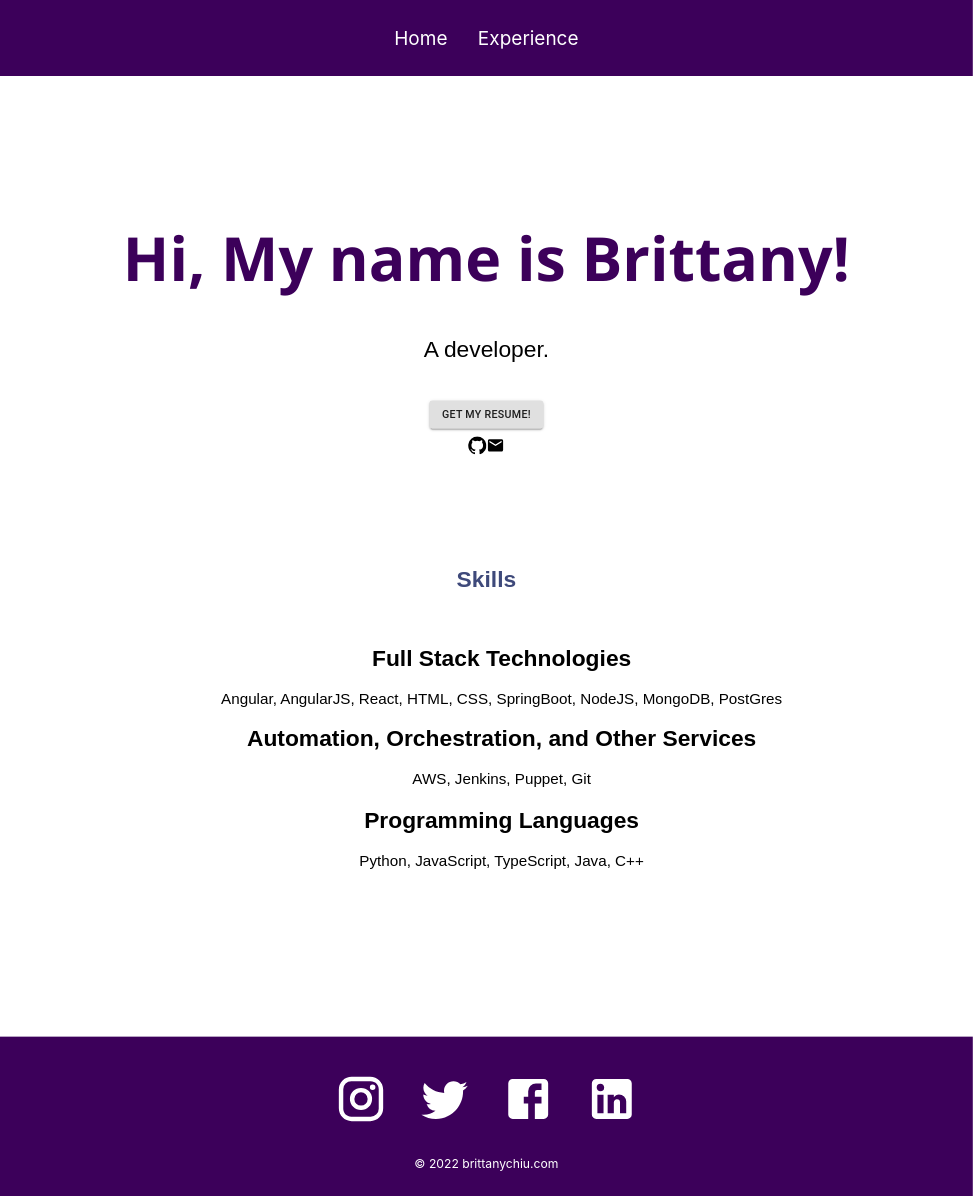
Repository: chiubacca94/chiufolio
Page: /
These files come from the project's save history. The page is drawn as it stood at one moment and after the next save; the edit follows.
The browser window is 1280 px wide. The pictures show the whole page, at 76% of full size.
The project was rebuilt for these pictures with package versions that can differ from the ones it lists, and the page was loaded fresh each time. Also part of the build but not shown: src/components/Projects/Projects.js, src/components/Experiences/Experiences.css, src/components/Experiences/Experiences.js.

Above is the page before, as saved 2022-07-04 21:12:11.

### src/App.js
import './App.css';
import { BrowserRouter as Router, Routes, Route } from 'react-router-dom';
import Navbar from './components/NavBar/Navbar';
import Home from './components/Home/Home';
import Projects from './components/Projects/Projects';
import Experiences from './components/Experiences/Experiences';
import Footer from './components/Footer/Footer';

function App() {
  return (
    <div className="App">
      <Router>
        <Navbar />
        <Routes>
          <Route path="/" element={ <Home /> }></Route>
          <Route path="/projects" element={ <Projects /> }></Route>
          <Route path="/experiences" element={ <Experiences /> }></Route>
        </Routes>
        <Footer />
      </Router>
    </div>
  );
}

export default App;

### src/App.css
.App {
  text-align: center;
}

body {
  margin: 0px;
  padding: 0px;
}

### src/components/NavBar/Navbar.js
import React, {useEffect, useState} from "react";
import { Link, useLocation } from "react-router-dom";
import ReorderIcon from '@material-ui/icons/Reorder';
import "./Navbar.css"

function Navbar() {
    // NavBr States
    const [ expandNavbar, setExpandNavbar ] = useState(false)
    const location = useLocation();

    // use when location changes and set navbar to false
    useEffect(() => {
        setExpandNavbar(false);
    }, [location])

    return (
        // id will change based on state
        <div className="navbar" id={expandNavbar ? "open" : "close"}>
            <div className="toggleButton">
                <button onClick={() => { setExpandNavbar((prev) => !prev) }}>
                    <ReorderIcon></ReorderIcon>
                </button>
            </div>
            <div className="links">
                <Link to="/"> Home </Link>
                {/* <Link to="/projects"> Projects </Link>  */}
                <Link to="/experiences"> Experience </Link>
            </div>
        </div>
    )
}

export default Navbar;

### src/components/Home/Home.js
import React from 'react'
import GitHubIcon from '@material-ui/icons/GitHub'
import EmailIcon from '@material-ui/icons/Email'
import Button from '@material-ui/core/Button'
import './Home.css'

export default function Home() {
  return (
    <div className='home'>
        <section className='about'>
            <h2>Hi, My name is Brittany!</h2>
            <div className='prompt'><p> A developer.</p></div>
            <Button variant='contained'>Get my Resume!</Button>
            <div className='icons'>
                <GitHubIcon />
                <EmailIcon />
            </div>
        </section>
        <section className='skills'>
            <h1>Skills</h1>
            <ol className='list'>
                <li className='item'>
                    <h2>Full Stack Technologies</h2>
                    <span>Angular, AngularJS, React, HTML, CSS, SpringBoot, NodeJS, MongoDB, PostGres</span>
                </li>
                <li className='item'>
                    <h2>Automation, Orchestration, and Other Services</h2>
                    <span>AWS, Jenkins, Puppet, Git</span>
                </li>
                <li className='item'>
                    <h2>Programming Languages</h2>
                    <span>Python, JavaScript, TypeScript, Java, C++</span>
                </li>
            </ol>
        </section>
    </div>
  )
}

### src/components/Footer/Footer.js
import React from 'react';
import InstagramIcon  from '@material-ui/icons/Instagram';
import TwitterIcon from '@material-ui/icons/Twitter';
import FacebookIcon from '@material-ui/icons/Facebook';
import LinkedInIcon from '@material-ui/icons/LinkedIn';
import './Footer.css'

export default function Footer() {
  return (
    <div className='footer'>
        <div className='socialMedia'>
            <InstagramIcon />
            <TwitterIcon />
            <FacebookIcon />
            <LinkedInIcon />
        </div>
        <p>&copy; 2022 brittanychiu.com</p>
    </div>
  )
}

### src/components/NavBar/Navbar.css
.navbar {
    width: 100%;
    height: 100px;
    background: #3c005a;
  }

  .links {
    width: 100%;
    height: 100%;
    display: flex;
    align-items: center;
    justify-content: center;
    color: white;
  }

  .navbar a {
    color: white;
    text-decoration: none;
    margin: 20px;
    font-size: 25px;
  }

  .toggleButton {
    width: 100%;
    height: 100px;
    display: flex;
    align-items: center;
    justify-content: flex-end;
  }

  .toggleButton svg {
    font-size: 50px;
  }
  .toggleButton button {
    margin-right: 20px;
    background-color: transparent;
    border: none;
    color: white;
    cursor: pointer;
  }

  #open {
    height: 100vh;
  }

  #open .links {
    flex-direction: column;
    justify-content: flex-start;
    margin-top: 100px;
  }

  #open a {
    width: 100%;
    text-align: center;
  }

  @media only screen and (max-width: 900px) {
    .navbar a {
      width: 70px;
    }
  }

  @media only screen and (max-width: 600px) {
    .toggleButton {
      display: flex;
    }
    #close a {
      display: none;
    }
  }

  @media only screen and (min-width: 600px) {
    .toggleButton {
      display: none;
    }

    .hiddenLinks {
      display: none;
    }

    #open {
      height: 100px;
    }

    #open .links {
      flex-direction: row;
    }
  }

### src/components/Home/Home.css
.home {
    width: 100%;
    align-items: center;
    font-family: "Arial", sans-serif;
    /* color: #3e497a; */
    color: white;
  }

  .about {
    width: 100%;
    height: calc(100vh - 100px);
    display: flex;
    flex-direction: column;
    justify-content: center;
    align-items: center;
    text-align: center;
    /* background-color: #21325e; */
    color: black;
  }

  .about h2 {
    font-family: "Segoe UI", Tahoma, Geneva, Verdana, sans-serif;
    font-size: 80px;
    color: #3c005a;
    min-height: 50px;
    margin-bottom: 10px;
  }

  .about .prompt {
    padding-top: 10px;
    width: 40%;
    font-size: 30px;
    margin-bottom: 20px;
  }
  .prompt svg {
    font-size: 60px;
    margin: 5px;
    color: white;
  }

  .icons{
    padding-top: 10px;
  }

  .skills {
    font-size: 20px;
    width: 100%;
    display: flex;
    justify-content: center;
    flex-direction: column;
    align-items: center;
    scroll-snap-type: y mandatory;
  }

  .skills section {
    scroll-snap-align: start;
}

  .skills h1 {
    color: #3e497a;
  }

  .skills .list {
    list-style: none;
    width: 60%;
    color: black;
  }

  .list span {
    font-size: 20px;
  }

  @media only screen and (max-width: 905px) {
    .about h2 {
      font-size: 60px;
    }

    .about .prompt {
      margin-top: 10px;
      font-size: 20px;
      width: 80%;
    }

    .skills {
      text-align: center;
    }
    .list {
      padding: 0;
    }

    .skills h2 {
      font-size: 30px;
    }
  }

  @media only screen and (max-width: 600px) {
    .about h2 {
      font-size: 40px;
    }

    .about .prompt {
      margin-top: 10px;
      font-size: 20px;
      width: 80%;
    }

    .skills {
      text-align: center;
    }
    .list {
      padding: 0;
    }

    .skills h2 {
      font-size: 30px;
    }
  }

### src/components/Footer/Footer.css
.footer {
    width: 100%;
    height: 200px;
    background: #3c005a;
    display: flex;
    justify-content: center;
    align-items: center;
    flex-direction: column;
    padding-top: 10px;
    margin-top: 200px;
  }

  .socialMedia svg {
    color: white;
    margin: 20px;
    font-size: 70px;
    cursor: pointer;
  }

  .footer p {
    color: white;
  }

  @media only screen and (max-width: 600px) {
    .footer svg {
      font-size: 50px;
    }
  }

Loaded but not shown: public/index.html (common file); src/index.js (common file); src/index.css (common file); src/reportWebVitals.js (common file)

After the next save:
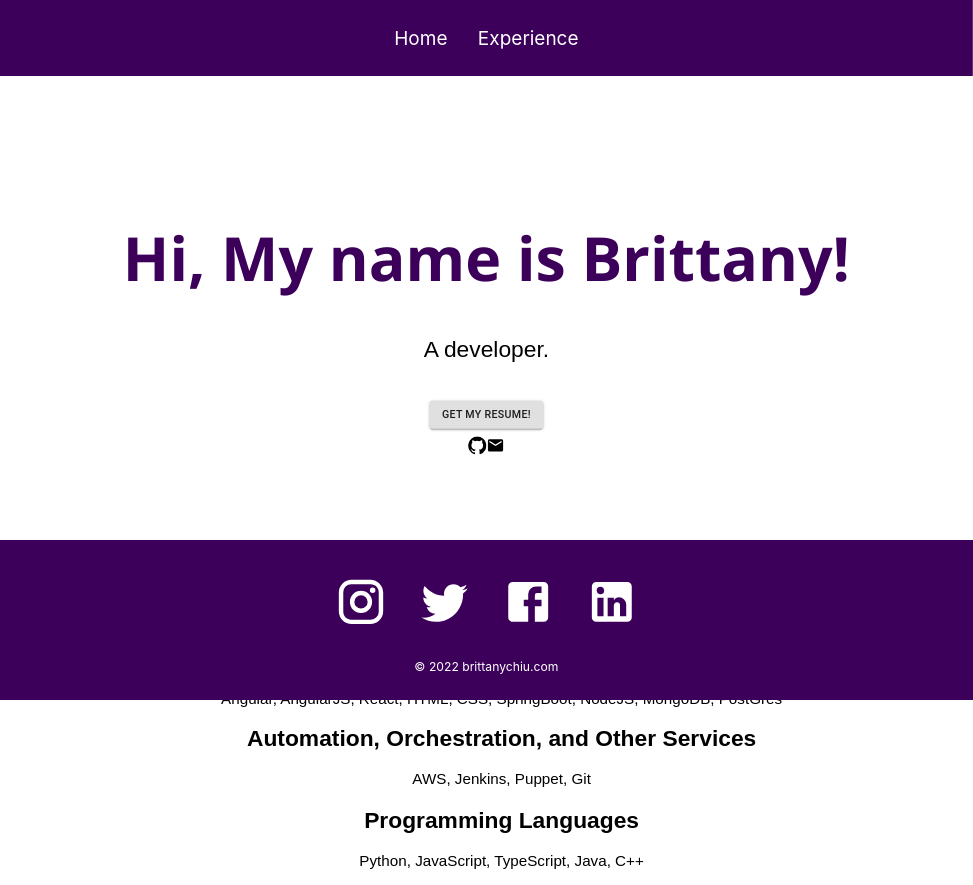
Saved 2 min 29 s later.
--- a/src/components/Footer/Footer.css
+++ b/src/components/Footer/Footer.css
@@ -8,6 +8,8 @@
     flex-direction: column;
     padding-top: 10px;
     margin-top: 200px;
+    position: fixed;
+    bottom: -200px;
   }
 
   .socialMedia svg {
